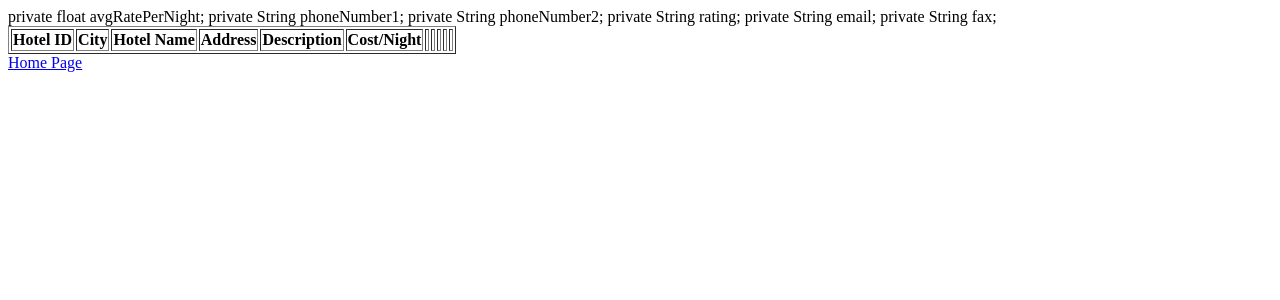
Repository: dishangjain/SpringProject
Page: http://localhost/HotelBookingManagementSystem/JSPs/HotelList.jsp
The author's editor kept a copy of each file at every save. The page is drawn from the files as they stood at one save, then again after the next save.
The browser window is 1280 px wide. The pictures show the whole page.
The page is served by Tomcat 9. Nobody is signed in. The application's start-up code is not run. Other server files are loaded and not shown. The template is opened directly, without the code that normally fills it, so the values that code supplies are empty.

Above is the page before, as saved 2017-10-14 12:45:33.

### HotelBookingManagementSystem/WebContent/JSPs/HotelList.jsp
<%@ page language="java" contentType="text/html; charset=ISO-8859-1"
    pageEncoding="ISO-8859-1"%>
     <%@ taglib uri="http://java.sun.com/jsp/jstl/core" prefix="c"%>
<!DOCTYPE html PUBLIC "-//W3C//DTD HTML 4.01 Transitional//EN" "http://www.w3.org/TR/html4/loose.dtd">
<html>
	<head>
		<meta http-equiv="Content-Type" content="text/html; charset=ISO-8859-1">
		<title>Insert title here</title>
	</head>
	<body>


	private float avgRatePerNight;
	private String phoneNumber1;
	private String phoneNumber2;
	private String rating;
	private String email;
	private String fax;



		<table border="1">
			<tr>
				<th>Hotel ID</th>
				<th>City</th>
				<th>Hotel Name</th>
				<th>Address</th>
				<th>Description</th>
				<th>Cost/Night</th>
				<th></th>
				<th></th>
				<th></th>
				<th></th>
				<th></th>
			</tr>
			<c:forEach items="${ empList }" var="emp">
				<tr>
					<td>${ emp.empNo }</td>
					<td> ${ emp.empNm }</td>

				</tr>
			</c:forEach>
		</table>
		<a href="getHomePage.do">Home Page</a>


	</body>
</html>

After the next save:
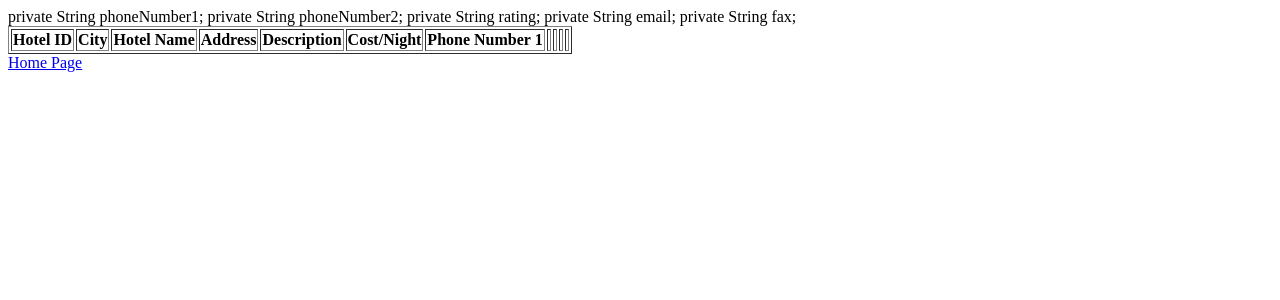
Saved 16 s later.
--- a/HotelBookingManagementSystem/WebContent/JSPs/HotelList.jsp
+++ b/HotelBookingManagementSystem/WebContent/JSPs/HotelList.jsp
@@ -10,7 +10,6 @@
 	<body>
 
 
-	private float avgRatePerNight;
 	private String phoneNumber1;
 	private String phoneNumber2;
 	private String rating;
@@ -27,7 +26,7 @@
 				<th>Address</th>
 				<th>Description</th>
 				<th>Cost/Night</th>
-				<th></th>
+				<th>Phone Number 1</th>
 				<th></th>
 				<th></th>
 				<th></th>
